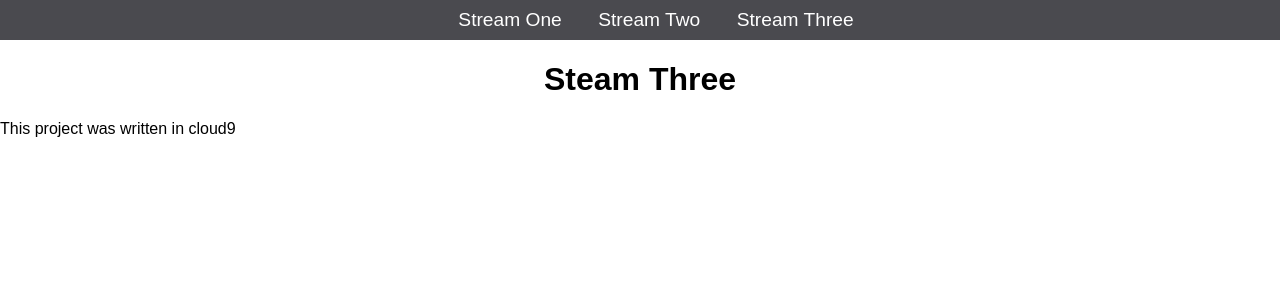
Repository: lisaannbyrne1/my-first-website
Page: stream-three.html
The author's editor kept a record of every edit. The page is drawn from the files as they stood at one moment, then again after the next edit.
The browser window is 1280 px wide. The pictures show the whole page.

Above is the page before.

### stream-three.html
<!DOCTYPE html>
<html>
    <head>
        <title>Hello World</title>
        <link rel="stylesheet" href="css/style.css" type="text/css" />
    </head>
    <body>
        <nav>
            <ul>
                <li><a href="stream-one.html">Stream One</a></li>
                <li><a href="stream-two.html">Stream Two</a></li>
                <li><a href="stream-three.html">Stream Three</a></li>
            </ul>
        </nav>
        <h1>Steam Three</h1>
        <p>This project was written in cloud9</p>
    </body>
</html>

### css/style.css
body{
    margin: 0;
    padding: 0;
    font-family: 'Oswald', sans-serif;
}

nav ul {
    list-style: none;
    background-color: #4a4a4f;
    text-align: center;
    margin: 0;
    padding: 0;
}

nav li {
    font-size: 1.2em;
    line-height: 40px;
    height: 40px;
    display: inline-block;
    margin-left: 2.5%;
}

nav a {
    text-decoration: none;
    color: #ffffff;
    display: block;
}

nav a:hover {
    background-color: #ffffff;
    color: #4a4a4f;
}

.card {
    float: left;
    width: 20%;
    margin-left: 10%;
}

.card a {
    text-align: center;
}

img {
    width: 100%;
}

h1{
    text-align: center;
}

After the next edit:
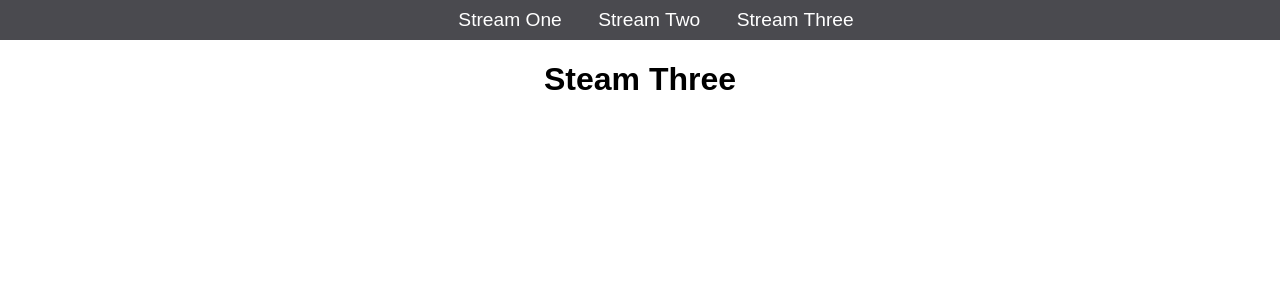
The edit:
--- a/stream-three.html
+++ b/stream-three.html
@@ -13,6 +13,11 @@
             </ul>
         </nav>
         <h1>Steam Three</h1>
-        <p>This project was written in cloud9</p>
+     <div class="card">
+            <a href="">
+                <img src=""/>
+                <h2></h2>
+            </a>
+        </div>
     </body>
 </html>
